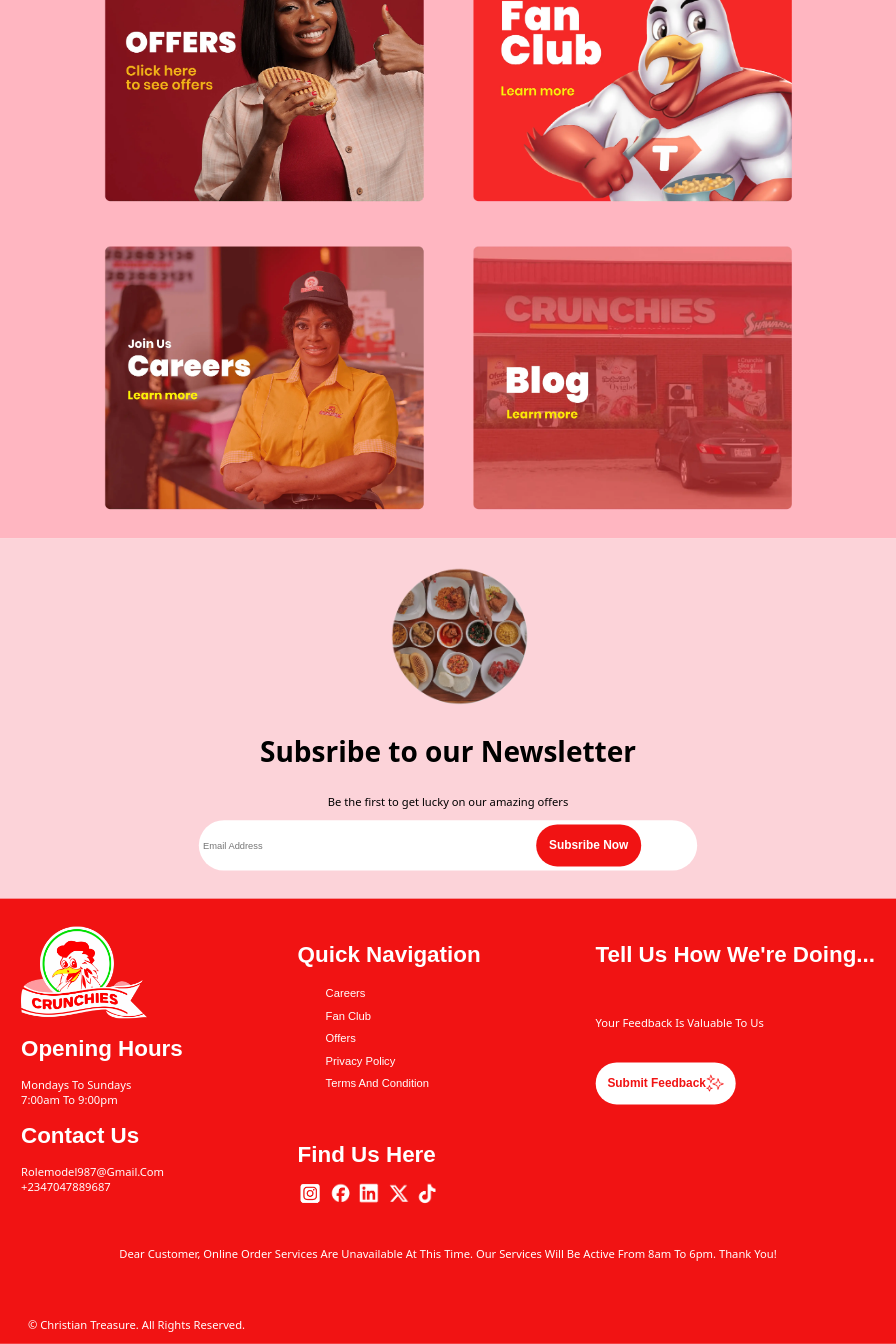
Repository: trenzyfx1/crunches-online-
Page: index.html
The author's editor kept a copy of each file at every save. The page is drawn from the files as they stood at one save, then again after a run of saves.
The browser window is 1280 px wide. The pictures show the part of the page from y = 3014 to 4934 px (the page is 4934 px tall before and 4918 px after), at 70% of full size.

Above is the page before, as saved 2025-06-20 17:15:40.

After the next 2 saves:
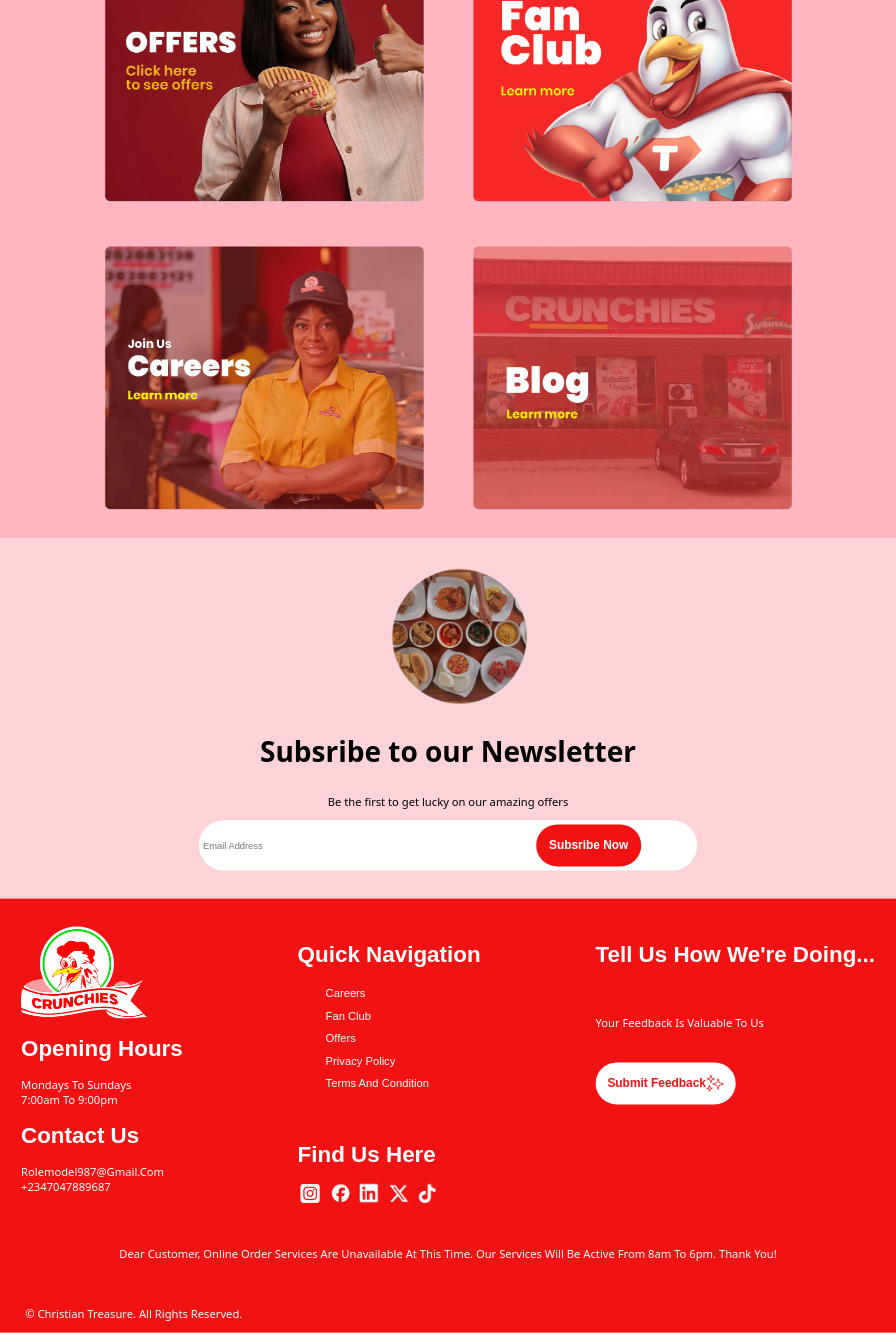
The 2 saves are shown as one change because they came seconds apart.
The last was saved 9 s later.
--- a/style.css
+++ b/style.css
@@ -565,7 +565,7 @@
     justify-content: space-between;
     align-items: center;
     max-width: 1200px;
-    margin: 2rem auto 0;
+    margin: 1rem;
     padding: 1rem 20px 0;
 }
 
